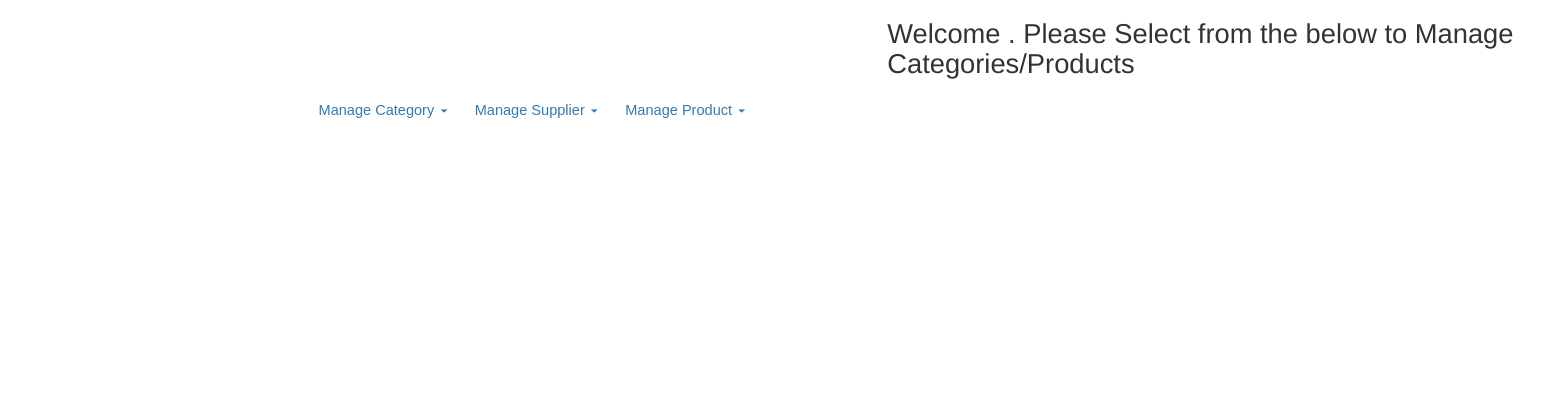
Repository: KaustubhKamat/ShoppingCartProject
Page: http://localhost/NewShoppingCart/WEB-INF/views/Admin_home.jsp
These files come from the project's save history. The page is drawn as it stood at one moment and after the next save; the edit follows.
The browser window is 1280 px wide. The page is 1707 px wide, then 1280 px, so the pictures cover 1707 px, including what lies to the right of the window. The pictures show the whole page, at 91% of full size.
Some web libraries are served in a nearby version. The page is served by Tomcat 9. Nobody is signed in. Other server files are loaded and not shown. The template is opened directly, without the code that normally fills it, so the values that code supplies are empty.

Above is the page before, as saved 2017-02-06 06:43:15.

### NewShoppingCart/src/main/webapp/WEB-INF/views/Admin_home.jsp
<%@ page language="java" contentType="text/html; charset=ISO-8859-1"
	pageEncoding="ISO-8859-1"%>
<%@ taglib uri="http://java.sun.com/jsp/jstl/core" prefix="c"%>
<!DOCTYPE html PUBLIC "-//W3C//DTD HTML 4.01 Transitional//EN" "http://www.w3.org/TR/html4/loose.dtd">
<html>
<head>
<link rel="stylesheet"
	href="https://maxcdn.bootstrapcdn.com/bootstrap/3.3.7/css/bootstrap.min.css">
<script
	src="https://ajax.googleapis.com/ajax/libs/jquery/3.1.1/jquery.min.js"></script>
<script
	src="https://maxcdn.bootstrapcdn.com/bootstrap/3.3.7/js/bootstrap.min.js"></script>

<meta http-equiv="Content-Type" content="text/html; charset=ISO-8859-1">
<style>
a {
	float: inherit;
	font-family: sans-serif;
	font-size: medium;
	padding-top: 40 px;
}
</style>
<title>Insert title here</title>
</head>
<body>

<div class="col-md-7 col-md-offset-9">
<h2>Welcome ${LoggedInUser}. Please Select from the below to Manage Categories/Products</h2>
</div>
	<div id="AdminHome">
	<div class="col-md-5 col-md-offset-3">
		<ul class="nav navbar-nav">
			<!--  <li class="active"><a href=>Link <span class="sr-only">(current)</span></a></li> -->
			<li class="dropdown"><a href="ManageCategory"
				class="dropdown-toggle" data-toggle="dropdown" role="button">Manage
					Category <span class="caret"></span>
			</a>
				<ul class="dropdown-menu">
					<li><a href="AddCategory">Add Category</a></li>

				</ul></li>
			<li class="dropdown"><a href="ManageSupplier"
				class="dropdown-toggle" data-toggle="dropdown" role="button">Manage
					Supplier <span class="caret"></span>
			</a>
				<ul class="dropdown-menu">
					<li><a href="AddSupplier">Add Supplier</a></li>

				</ul></li>
			<li class="dropdown"><a href="ManageProduct"
				class="dropdown-toggle" data-toggle="dropdown" role="button">Manage
					Product <span class="caret"></span>
			</a>
				<ul class="dropdown-menu">
					<li><a href="AddProduct">Add Product</a></li>

				</ul></li>
				</ul>
				</div>
	</div>
	<br>
	<br>


</body>
</html>

After the next save:
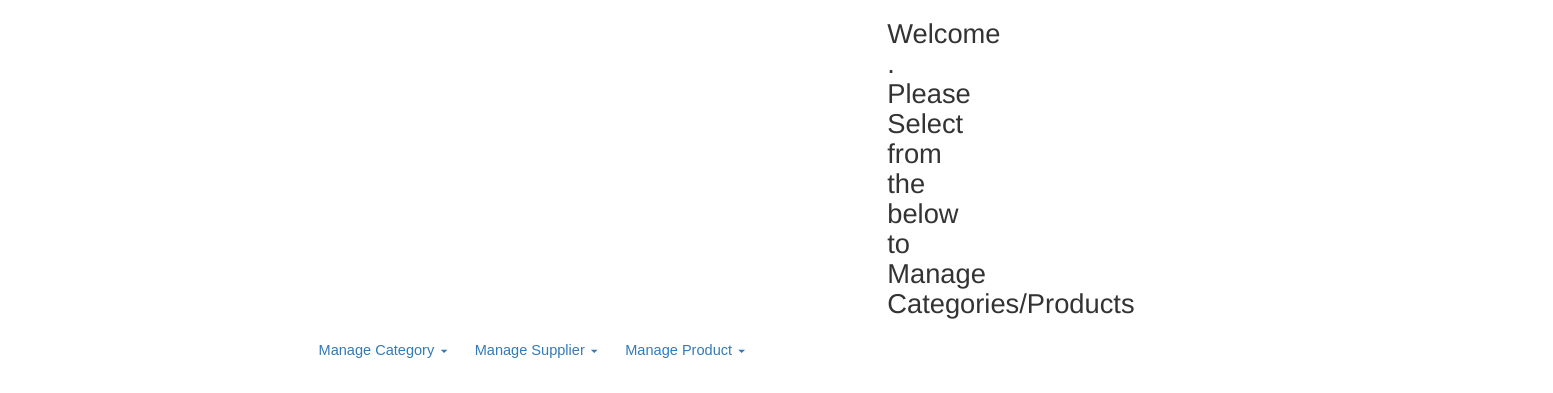
Saved 9 s later.
--- a/NewShoppingCart/src/main/webapp/WEB-INF/views/Admin_home.jsp
+++ b/NewShoppingCart/src/main/webapp/WEB-INF/views/Admin_home.jsp
@@ -24,7 +24,7 @@ a {
 </head>
 <body>
 
-<div class="col-md-7 col-md-offset-9">
+<div class="col-md-1 col-md-offset-9">
 <h2>Welcome ${LoggedInUser}. Please Select from the below to Manage Categories/Products</h2>
 </div>
 	<div id="AdminHome">
